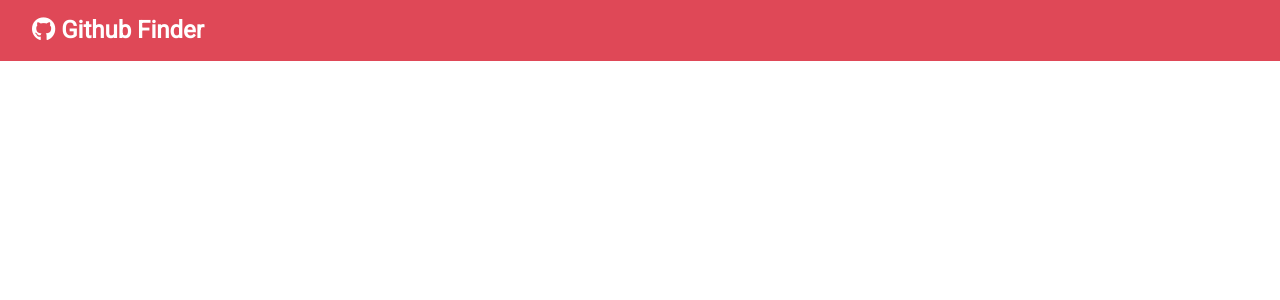
Repository: bafode/github-finder
Page: /
The author's editor kept a copy of each file at every save. The page is drawn from the files as they stood at one save, then again after the next save.
The browser window is 1280 px wide. The pictures show the whole page.
The page's requests for data from a server got no answer. Some web libraries are served in a nearby version. The project was rebuilt for these pictures with package versions that can differ from the ones it lists, and the page was loaded fresh each time. No one was signed in, and anything a server would have sent is missing. Also part of the build but not shown: src/components/users/UserItem.js.

Above is the page before, as saved 2023-06-16 18:10:37.

### public/index.html
<!DOCTYPE html>
<html lang="en">
  <head>
    <meta charset="utf-8" />
    <link rel="shortcut icon" href="%PUBLIC_URL%/favicon.ico" />
    <meta name="viewport" content="width=device-width, initial-scale=1" />
    <meta name="theme-color" content="#000000" />
    <link rel="manifest" href="%PUBLIC_URL%/manifest.json" />
    <link
      rel="stylesheet"
      href="https://use.fontawesome.com/releases/v5.8.2/css/all.css"
      integrity="sha384-oS3vJWv+0UjzBfQzYUhtDYW+Pj2yciDJxpsK1OYPAYjqT085Qq/1cq5FLXAZQ7Ay"
      crossorigin="anonymous"
    />

    <title>Github Finder</title>
  </head>
  <body>
    <noscript>You need to enable JavaScript to run this app.</noscript>
    <div id="root"></div>
  </body>
</html>

### src/App.js
import React, { Component } from 'react';
import axios from 'axios';
import './App.css';
import Navbar from './components/layout/Navbar'
import Users from './components/users/Users'

class App extends Component {
  state = {
    loading: false,
    users:[]
  }

  async componentDidMount() {
    this.setState({ loading: true });
    const res = await axios.get('https://api.github.com/users')
    this.setState({users:res.data,loading:false})
  }

  render() {
    const { loading, users } = this.state
    return (
      <div className="App">
        <Navbar />
        <div className="container">
          <Users loading={loading} users={users}/>
        </div>
      </div>
    );
  }
}

export default App;

### src/components/layout/Navbar.js
import React from 'react'
import PropTypes from 'prop-types'

const Navbar=({icon,title})=> {
    return (
        <nav className='navbar bg-primary'>
            <h1>
                <i className={icon}></i> {title}
            </h1>
      </nav>
    )

}

Navbar.defaultProps = {
    title: 'Github Finder',
    icon:'fab fa-github'
}

Navbar.propTypes = {
    title: PropTypes.string.isRequired,
    icon:PropTypes.string.isRequired
}

export default Navbar

### src/components/users/Users.js
import React from 'react'
import UserItem from './UserItem'
import PropTypes from 'prop-types'
const  Users=({users,loading})=>{

    console.log(users)

    return (
        <div style={userStyle}>
            {users?.map((user) => (
                <UserItem key={user.id} user={user}/>
            ))}
      </div>
    )
  }


const userStyle = {
    display: 'grid',
    gridTemplateColumns: 'repeat(3,1fr)',
    gridGap:'1rem'
}
Users.propTypes = {
    loading: PropTypes.bool.isRequired,
    users:PropTypes.array.isRequired,
}
export default Users

### src/components/layout/Spinner.js
import React, { Fragment } from 'react'
import spinner from './spinner.gif'

const Spinner = () => {
  return (
    <Fragment>
          <img src={spinner} alt='Loading...' style={{width:'200px',margin:'auto',display:'block'}}/>
    </Fragment>
  )
}

export default Spinner

Loaded but not shown: src/index.js (common file); src/App.css (common file)

After the next save:
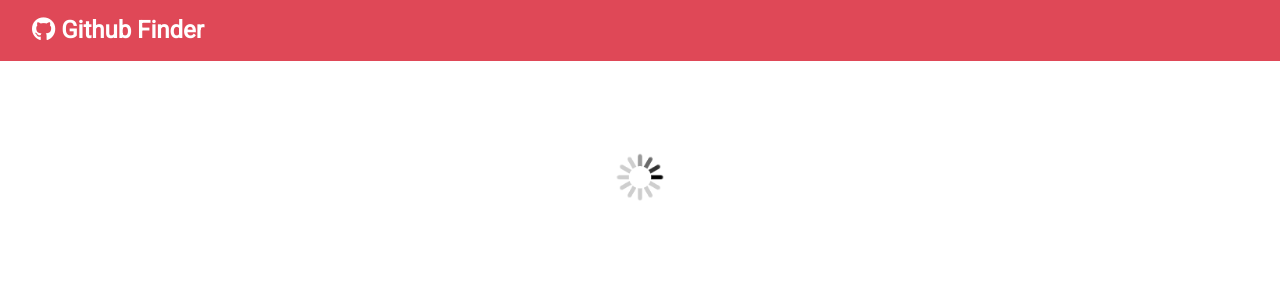
Saved 79 s later.
--- a/src/components/users/Users.js
+++ b/src/components/users/Users.js
@@ -1,17 +1,23 @@
 import React from 'react'
 import UserItem from './UserItem'
 import PropTypes from 'prop-types'
+import Spinner from '../layout/Spinner'
 const  Users=({users,loading})=>{
 
     console.log(users)
 
-    return (
-        <div style={userStyle}>
-            {users?.map((user) => (
-                <UserItem key={user.id} user={user}/>
-            ))}
-      </div>
-    )
+    if (loading) {
+        return <Spinner/>
+    } else {
+        return (
+            <div style={userStyle}>
+                {users?.map((user) => (
+                    <UserItem key={user.id} user={user}/>
+                ))}
+          </div>
+        )
+    }
+
   }
 
 
